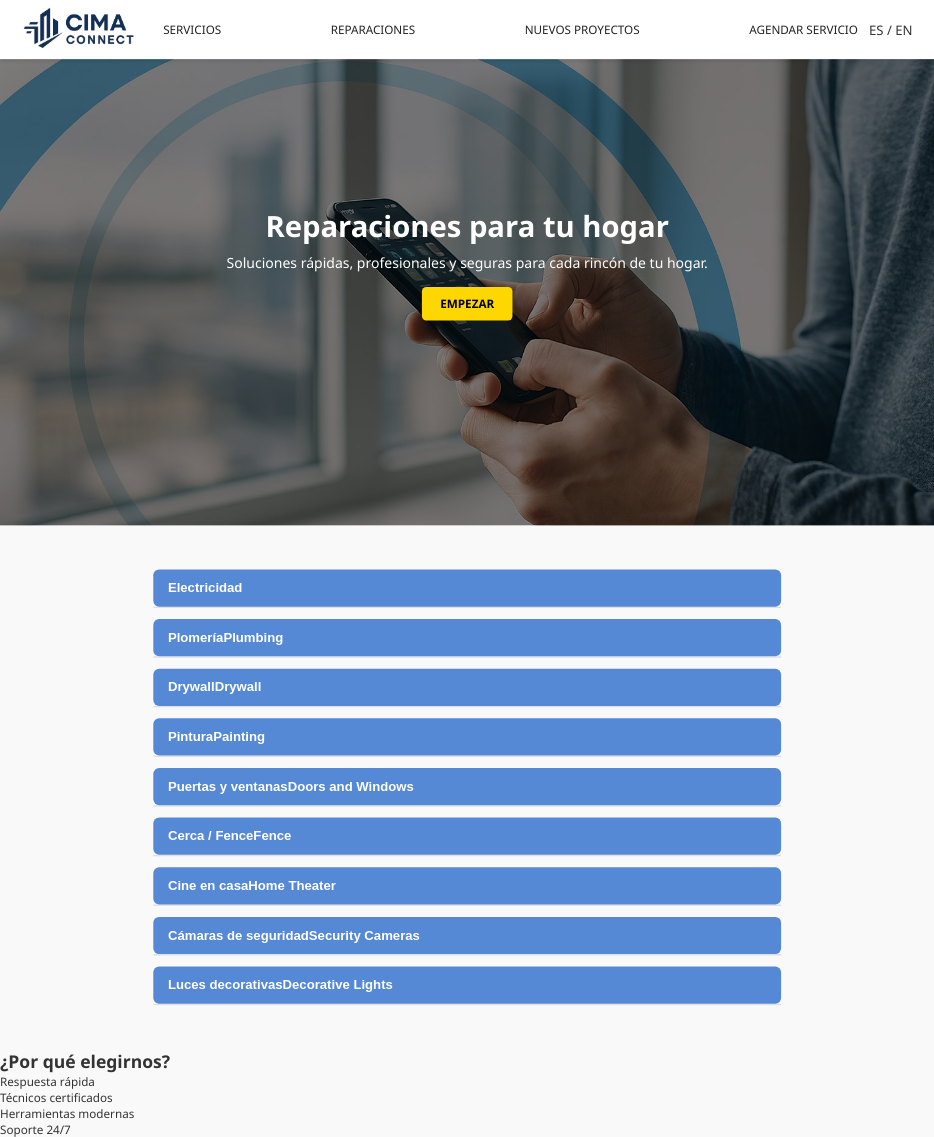
Repository: medranokaren/cima-connect
Page: reparaciones.html
The author's editor kept a copy of each file at every save. The page is drawn from the files as they stood at one save, then again after the next save.
The browser window is 1280 px wide. The pictures show the whole page, at 73% of full size.

Above is the page before, as saved 2025-07-28 19:56:03.

### reparaciones.html
 <!DOCTYPE html>
<html lang="es">
<head>
  <meta charset="UTF-8" />
  <meta name="viewport" content="width=device-width, initial-scale=1.0"/>
  <title>Reparaciones | CIMA CONNECT</title>
  <link rel="stylesheet" href="style.css" />
</head>
<body>
<header class="menu-bar">
  <a href="index.html">
    <img src="logo5.jpg" alt="CIMA CONNECT Logo" class="logo-header">
  </a>
  <nav class="main-nav">
    <ul>
      <li><a href="servicios.html"><span class="es">SERVICIOS</span><span class="en" style="display:none;">SERVICES</span></a></li>
      <li><a href="reparaciones.html"><span class="es">REPARACIONES</span><span class="en" style="display:none;">REPAIRS</span></a></li>
      <li><a href="index.html#proyectos"><span class="es">NUEVOS PROYECTOS</span><span class="en" style="display:none;">NEW PROJECTS</span></a></li>
      <li><a href="index.html#agenda"><span class="es">AGENDAR SERVICIO</span><span class="en" style="display:none;">BOOK SERVICE</span></a></li>
    </ul>
  </nav>
  <div class="lang-switch" onclick="toggleLang()">ES / EN</div>
</header>

<section class="hero-reparaciones">
  <img src="reparacionesportada.jpg" alt="Reparaciones CIMA CONNECT">
  <div class="overlay-hero">
    <h1><span class="es">Reparaciones para tu hogar</span><span class="en" style="display:none;">Home Repair Services</span></h1>
    <p><span class="es">Soluciones rápidas, profesionales y seguras para cada rincón de tu hogar.</span><span class="en" style="display:none;">Fast, professional, and safe solutions for every corner of your home.</span></p>
    <a href="#acordeon" class="btn-empezar"><span class="es">EMPEZAR</span><span class="en" style="display:none;">GET STARTED</span></a>
  </div>
</section>

<section id="acordeon" class="acordeon-container">

  <!--  Electricidad -->
  <div class="acordeon-item">
    <button class="acordeon-boton"> <span class="es">Electricidad</span><span class="en" style="display:none;">Electricity</span></button>
    <div class="acordeon-contenido">
      <ul>
        <li><span class="es">Cambiar focos</span><span class="en">Change light bulbs</span></li>
        <li><span class="es">Agregar breaker</span><span class="en">Add breaker</span></li>
        <li><span class="es">Revisión de corto</span><span class="en">Short circuit check</span></li>
        <li><span class="es">Instalación de abanico</span><span class="en">Fan installation</span></li>
        <li><span class="es">Panel o subpanel</span><span class="en">Panel or subpanel</span></li>
      </ul>
      <button class="btn-agendar"><span class="es">AGENDAR</span><span class="en">BOOK</span></button>
    </div>
  </div>

  <!--  Plomería -->
  <div class="acordeon-item">
    <button class="acordeon-boton"> <span class="es">Plomería</span><span class="en">Plumbing</span></button>
    <div class="acordeon-contenido">
      <ul>
        <li><span class="es">Fugas en fregadero</span><span class="en">Sink leaks</span></li>
        <li><span class="es">Cambio de grifo</span><span class="en">Faucet replacement</span></li>
        <li><span class="es">Reemplazo de inodoro</span><span class="en">Toilet replacement</span></li>
        <li><span class="es">Destapar regadera</span><span class="en">Unclog shower</span></li>
        <li><span class="es">Instalación de calentador</span><span class="en">Water heater installation</span></li>
      </ul>
      <button class="btn-agendar"><span class="es">AGENDAR</span><span class="en">BOOK</span></button>
    </div>
  </div>

  <!--  Drywall -->
  <div class="acordeon-item">
    <button class="acordeon-boton"> <span class="es">Drywall</span><span class="en">Drywall</span></button>
    <div class="acordeon-contenido">
      <ul>
        <li><span class="es">Tapar agujeros</span><span class="en">Patch holes</span></li>
        <li><span class="es">Reemplazar paneles</span><span class="en">Replace panels</span></li>
        <li><span class="es">Aplicar textura</span><span class="en">Apply texture</span></li>
        <li><span class="es">Reparar humedad</span><span class="en">Fix moisture damage</span></li>
        <li><span class="es">Parches por impacto</span><span class="en">Impact patches</span></li>
      </ul>
      <button class="btn-agendar"><span class="es">AGENDAR</span><span class="en">BOOK</span></button>
    </div>
  </div>

  <!--  Pintura -->
  <div class="acordeon-item">
    <button class="acordeon-boton"> <span class="es">Pintura</span><span class="en">Painting</span></button>
    <div class="acordeon-contenido">
      <ul>
        <li><span class="es">Pintura de cuarto completo</span><span class="en">Full room painting</span></li>
        <li><span class="es">Retocar pintura</span><span class="en">Touch-up paint</span></li>
        <li><span class="es">Pintar molduras</span><span class="en">Trim & door painting</span></li>
        <li><span class="es">Sellado previo</span><span class="en">Pre-sealing</span></li>
        <li><span class="es">Pintura de techos</span><span class="en">Ceiling painting</span></li>
      </ul>
      <button class="btn-agendar"><span class="es">AGENDAR</span><span class="en">BOOK</span></button>
    </div>
  </div>

  <!--  Puertas y Ventanas -->
  <div class="acordeon-item">
    <button class="acordeon-boton"> <span class="es">Puertas y ventanas</span><span class="en">Doors and Windows</span></button>
    <div class="acordeon-contenido">
      <ul>
        <li><span class="es">Ajuste de puerta</span><span class="en">Door adjustment</span></li>
        <li><span class="es">Cambio de manija</span><span class="en">Handle replacement</span></li>
        <li><span class="es">Instalación de puerta</span><span class="en">New door install</span></li>
        <li><span class="es">Sellado de ventana</span><span class="en">Window sealing</span></li>
      </ul>
      <button class="btn-agendar"><span class="es">AGENDAR</span><span class="en">BOOK</span></button>
    </div>
  </div>

  <!--  Fence -->
  <div class="acordeon-item">
    <button class="acordeon-boton"> <span class="es">Cerca / Fence</span><span class="en">Fence</span></button>
    <div class="acordeon-contenido">
      <ul>
        <li><span class="es">Reparar fence</span><span class="en">Fix broken fence</span></li>
        <li><span class="es">Cambiar tablas</span><span class="en">Replace boards</span></li>
        <li><span class="es">Ajuste de portón</span><span class="en">Gate adjustment</span></li>
        <li><span class="es">Pintura o sellado</span><span class="en">Paint/seal fence</span></li>
      </ul>
      <button class="btn-agendar"><span class="es">AGENDAR</span><span class="en">BOOK</span></button>
    </div>
  </div>

  <!--  Cine en casa -->
  <div class="acordeon-item">
    <button class="acordeon-boton"> <span class="es">Cine en casa</span><span class="en">Home Theater</span></button>
    <div class="acordeon-contenido">
      <ul>
        <li><span class="es">Instalación de bocinas</span><span class="en">Speaker installation</span></li>
        <li><span class="es">Instalación de proyector</span><span class="en">Projector setup</span></li>
        <li><span class="es">Configuración de audio</span><span class="en">Audio configuration</span></li>
        <li><span class="es">Cableado oculto</span><span class="en">Hidden wiring</span></li>
      </ul>
      <button class="btn-agendar"><span class="es">AGENDAR</span><span class="en">BOOK</span></button>
    </div>
  </div>

  <!--  Cámaras -->
  <div class="acordeon-item">
    <button class="acordeon-boton"> <span class="es">Cámaras de seguridad</span><span class="en">Security Cameras</span></button>
    <div class="acordeon-contenido">
      <ul>
        <li><span class="es">Instalación de cámaras</span><span class="en">Camera installation</span></li>
        <li><span class="es">Configuración de app</span><span class="en">App configuration</span></li>
        <li><span class="es">Ajuste de ángulos</span><span class="en">Angle adjustments</span></li>
        <li><span class="es">Revisión del sistema</span><span class="en">System check</span></li>
      </ul>
      <button class="btn-agendar"><span class="es">AGENDAR</span><span class="en">BOOK</span></button>
    </div>
  </div>

  <!--  Luces decorativas -->
  <div class="acordeon-item">
    <button class="acordeon-boton"> <span class="es">Luces decorativas</span><span class="en">Decorative Lights</span></button>
    <div class="acordeon-contenido">
      <ul>
        <li><span class="es">Instalación navideña</span><span class="en">Holiday installation</span></li>
        <li><span class="es">Luces LED inteligentes</span><span class="en">Smart LED lights</span></li>
        <li><span class="es">Colocación en techos</span><span class="en">Roof/railing lights</span></li>
      </ul>
      <button class="btn-agendar"><span class="es">AGENDAR</span><span class="en">BOOK</span></button>
    </div>
  </div>

</section>

<!--  seccion tarjetas -->
  <section class="porque-elegirnos">
  <h2>
    <span class="es">¿Por qué elegirnos?</span>
    <span class="en" style="display: none;">Why Choose Us?</span>
  </h2>
  <div class="ventajas">
    <div class="ventaja">
      <span class="es">Respuesta rápida</span>
      <span class="en" style="display: none;">Fast Response</span>
    </div>
    <div class="ventaja">
      <span class="es">Técnicos certificados</span>
      <span class="en" style="display: none;">Certified Technicians</span>
    </div>
    <div class="ventaja">
      <span class="es">Herramientas modernas</span>
      <span class="en" style="display: none;">Modern Tools</span>
    </div>
    <div class="ventaja">
      <span class="es">Soporte 24/7</span>
      <span class="en" style="display: none;">24/7 Support</span>
    </div>
  </div>
</section>


<script src="script.js"></script>
</body>
</html>

Loaded but not shown: script.js (254 lines, source omitted); style.css (1347 lines, source omitted)

After the next save:
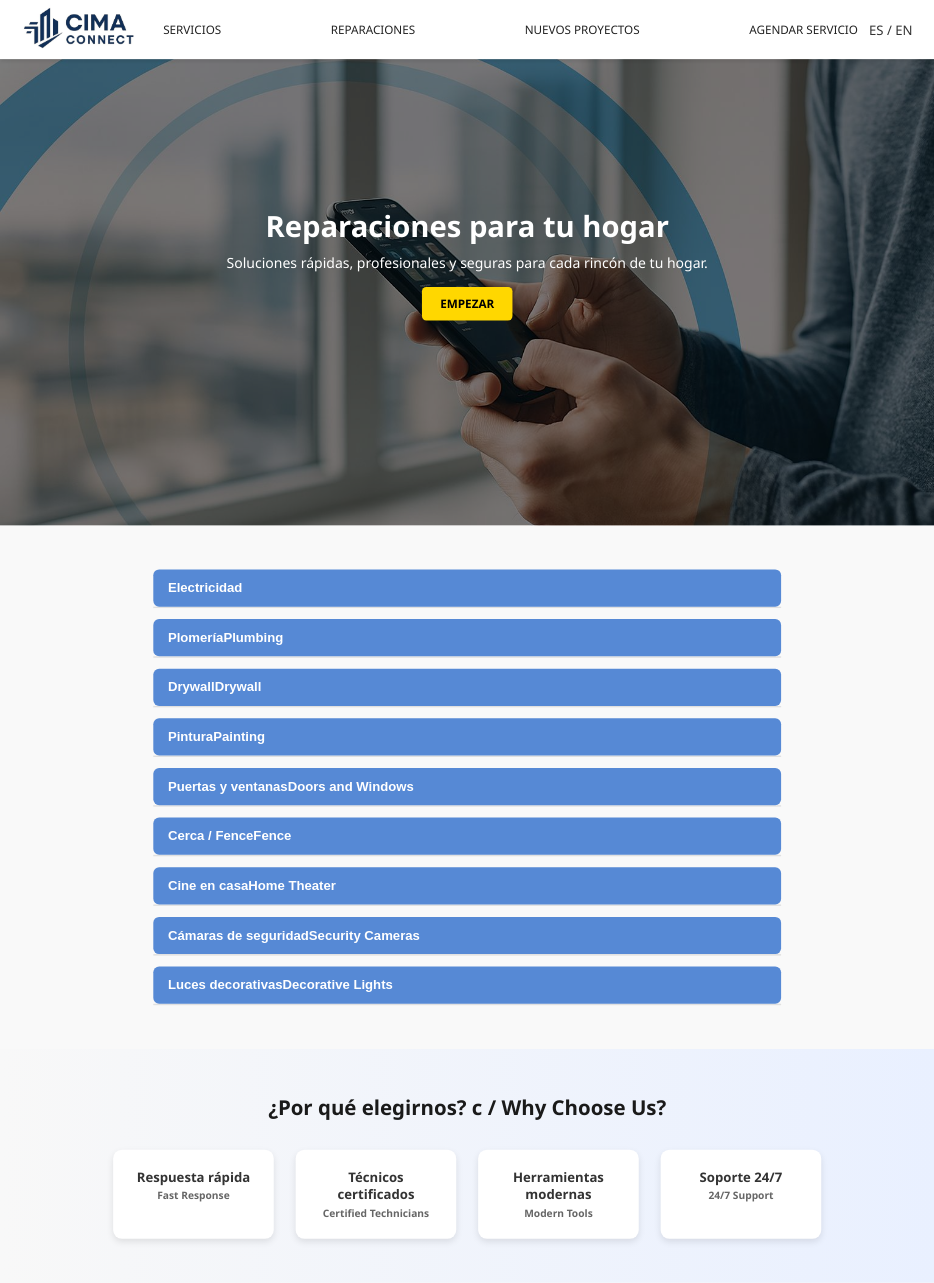
Saved 7 min 42 s later.
--- a/reparaciones.html
+++ b/reparaciones.html
@@ -165,32 +165,30 @@
 </section>
 
 <!--  seccion tarjetas -->
-  <section class="porque-elegirnos">
-  <h2>
-    <span class="es">¿Por qué elegirnos?</span>
-    <span class="en" style="display: none;">Why Choose Us?</span>
-  </h2>
-  <div class="ventajas">
-    <div class="ventaja">
-      <span class="es">Respuesta rápida</span>
-      <span class="en" style="display: none;">Fast Response</span>
+  <section class="why-choose">
+  <h2>¿Por qué elegirnos? c / Why Choose Us?</h2>
+  <div class="features">
+    <div class="feature-box">
+      <i class="fas fa-bolt"></i>
+      <h3>Respuesta rápida<br><span>Fast Response</span></h3>
     </div>
-    <div class="ventaja">
-      <span class="es">Técnicos certificados</span>
-      <span class="en" style="display: none;">Certified Technicians</span>
+    <div class="feature-box">
+      <i class="fas fa-user-hard-hat"></i>
+      <h3>Técnicos certificados<br><span>Certified Technicians</span></h3>
     </div>
-    <div class="ventaja">
-      <span class="es">Herramientas modernas</span>
-      <span class="en" style="display: none;">Modern Tools</span>
+    <div class="feature-box">
+      <i class="fas fa-tools"></i>
+      <h3>Herramientas modernas<br><span>Modern Tools</span></h3>
     </div>
-    <div class="ventaja">
-      <span class="es">Soporte 24/7</span>
-      <span class="en" style="display: none;">24/7 Support</span>
+    <div class="feature-box">
+      <i class="fas fa-headset"></i>
+      <h3>Soporte 24/7<br><span>24/7 Support</span></h3>
     </div>
   </div>
 </section>
 
 
+
 <script src="script.js"></script>
 </body>
 </html>
